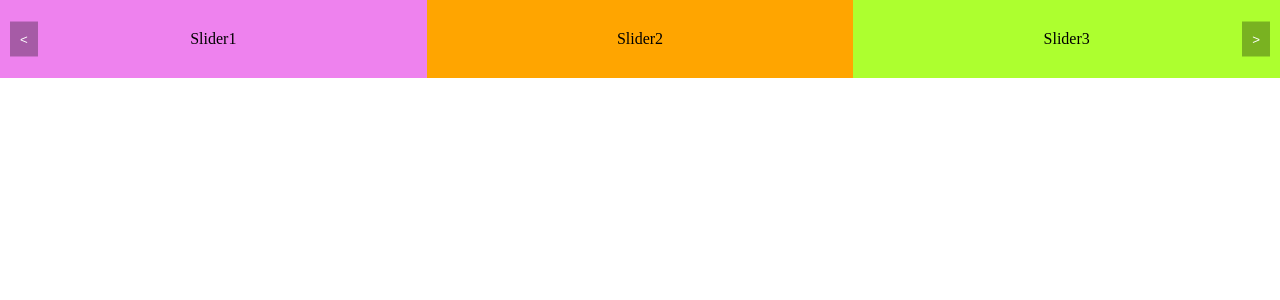
Repository: hoangan3526/Slideslip
Page: slidezy.html
An editor plug-in stored every save of this project. The page is shown before and after the next save, followed by the edit.
The browser window is 1280 px wide. The pictures show the whole page.

Above is the page before, as saved 2026-05-15 11:55:51.

### slidezy.html
<!doctype html>
<html lang="en">
  <head>
    <meta charset="UTF-8" />
    <meta name="viewport" content="width=device-width, initial-scale=1.0" />
    <link rel="stylesheet" href="./src/slidezy.css" />
    <title>Slider</title>
    <style>
      * {
        padding: 0;
        margin: 0;
        box-sizing: border-box;
      }

      .slidezy-slide {
        padding: 30px;
        text-align: center;
      }

      .slidezy-slide:nth-child(1) {
        background: violet;
      }

      .slidezy-slide:nth-child(2) {
        background: orange;
      }

      .slidezy-slide:nth-child(3) {
        background: greenyellow;
      }
    </style>
  </head>
  <body>
    <div id="my-slider">
      <div>Slider1</div>
      <div>Slider2</div>
      <div>Slider3</div>
      <div>Slider4</div>
      <div>Slider5</div>
      <div>Slider6</div>
    </div>
    <script src="./src/slidezy.js"></script>
    <script>
      const slide = new Slidezy("#my-slider", {
        items: 3,
        loop: true,
      });
      console.log(slide);
    </script>
  </body>
</html>

### src/slidezy.css
.slidezy-wrapper {
  position: relative;
  width: 100%;
  overflow: hidden;
}

.slidezy-track {
  display: flex;
  transition: transform 0.4s ease-in-out;
}

.slidezy-slide {
  flex: 0 0 calc(100% / 3);
}

.slidezy-prev,
.slidezy-next {
  position: absolute;
  top: 50%;
  transform: translateY(-50%);
  border: none;
  outline: none;
  padding: 10px;
  color: #fff;
  background: rgba(0, 0, 0, 0.3);
}

.slidezy-prev {
  left: 10px;
}

.slidezy-next {
  right: 10px;
}

### src/slidezy.js
function Slidezy(selector, options) {
  this.container = document.querySelector(selector);
  if (!this.container) {
    console.error(`${selector} is not Container`);
    return;
  }
  this.opt = Object.assign({}, options);
  //slidezy-track
  this.slides = Array.from(this.container.children);
  this.currentIndex = 0;
  this.init();
}
Slidezy.prototype.init = function () {
  this.container.classList.add("slidezy-wrapper");
  this.createTrack();
  this.createNavigation();
};
Slidezy.prototype.createTrack = function () {
  this.track = document.createElement("div");

  this.track.className = "slidezy-track";
  this.slides.forEach((track) => {
    track.className = "slidezy-slide";
    this.track.appendChild(track);
  });

  this.container.appendChild(this.track);
};
Slidezy.prototype.createNavigation = function () {
  this.prevbtn = document.createElement("button");
  this.nextbtn = document.createElement("button");

  this.prevbtn.textContent = "<";
  this.nextbtn.textContent = ">";

  this.prevbtn.classList.add("slidezy-prev");
  this.nextbtn.classList.add("slidezy-next");

  this.container.append(this.prevbtn, this.nextbtn);
  this.prevbtn.onclick = () => this.moveSlide(-1);
  this.nextbtn.onclick = () => this.moveSlide(1);
};
Slidezy.prototype.moveSlide = function (step) {
  this.currentIndex = Math.min(
    Math.max(this.currentIndex + step, 0),
    this.slides.length - 3,
  );
  console.log(this.currentIndex);

  this.offset = this.currentIndex * -(100 / 3);
  console.log(this.offset);

  this.track.style.transform = `translateX(${this.offset}%)`;
};

After the next save:
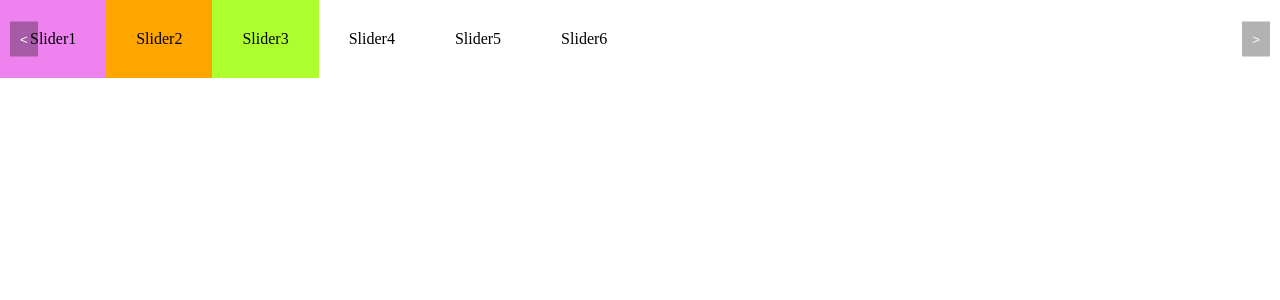
Saved 10 s later.
--- a/src/slidezy.css
+++ b/src/slidezy.css
@@ -10,7 +10,7 @@
 }
 
 .slidezy-slide {
-  flex: 0 0 calc(100% / 3);
+  flex: 0 0;
 }
 
 .slidezy-prev,
